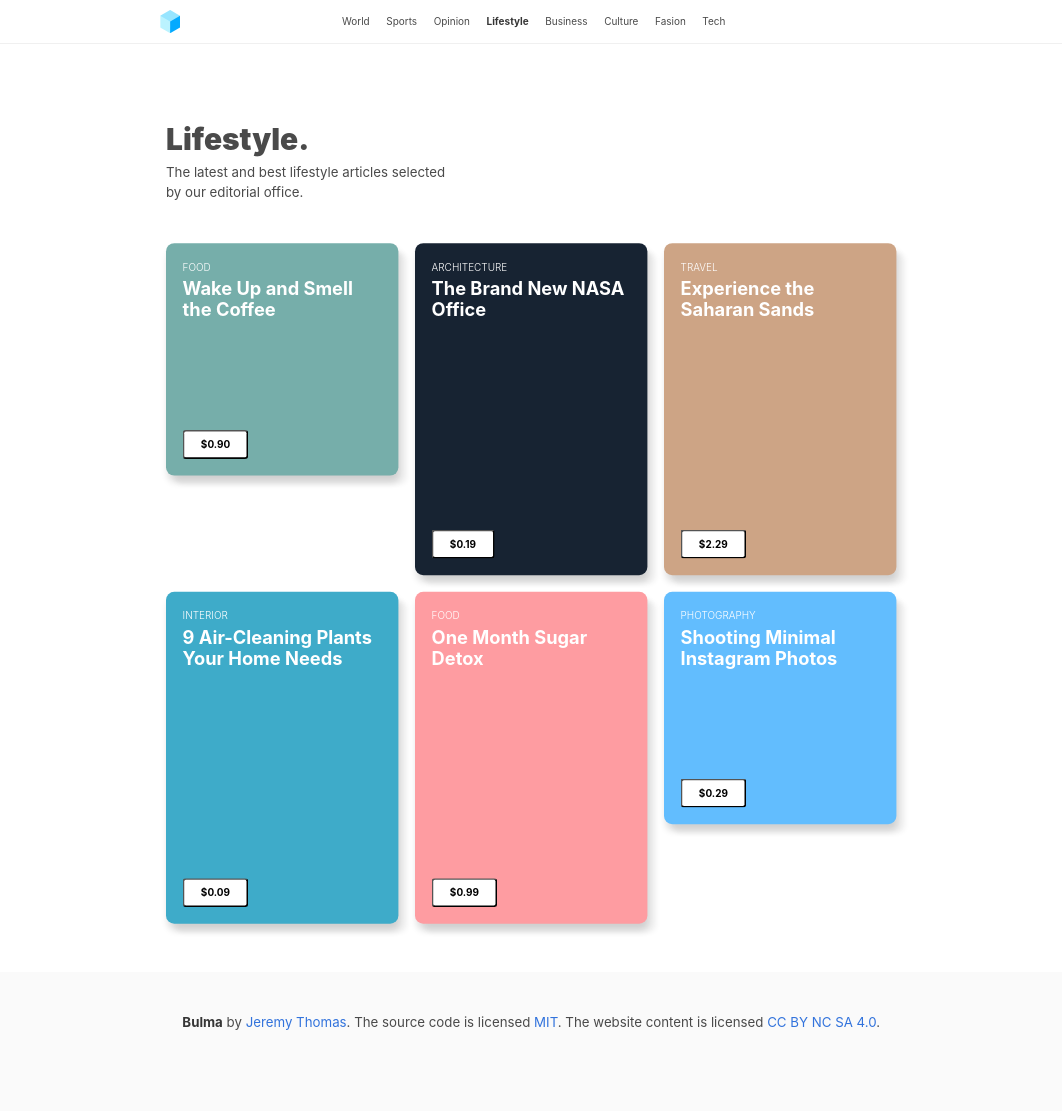
Repository: DOODpls/js_ass1
Page: index.html
An editor plug-in stored every save of this project. The page is shown before and after the next save, followed by the edit.
The browser window is 1280 px wide. The pictures show the whole page, at 83% of full size.

Above is the page before, as saved 2019-11-22 19:11:02.

### index.html
<!DOCTYPE html>
<html>
<head>
    <title></title>
    <link rel="stylesheet" href="https://cdnjs.cloudflare.com/ajax/libs/bulma/0.7.5/css/bulma.min.css" integrity="sha256-vK3UTo/8wHbaUn+dTQD0X6dzidqc5l7gczvH+Bnowwk=" crossorigin="anonymous" />
    <link rel="stylesheet" type="text/css" href="./styles.css">
</head>
<body>

    <nav class="navbar">
        <div class="container">
            <div class="logo"></div>
            <ul>
                <li>World</li>
                <li>Sports</li>
                <li>Opinion</li>
                <li><strong>Lifestyle</strong></li>
                <li>Business</li>
                <li>Culture</li>
                <li>Fasion</li>
                <li>Tech</li>
            </ul>
            <span class="icon">
              <i class="ion-ionic" style='color: black; background: black;'></i>
            </span>
        </div>
    </nav>

    <section class="section">
        <div class="container">
            <div style='margin: 40px 10px 40px'>
                <h1>Lifestyle.</h1>
                <p>The latest and best lifestyle articles selected<br/>
                    by our editorial office.
                </p>
            </div>
        </div>
        <div class="container">
            <div class='card-row' id='content'></div>
        </div>
    </section>

    <footer class="footer">
        <div class="content has-text-centered">
            <p>
                <strong>Bulma</strong> by <a href="https://jgthms.com">Jeremy Thomas</a>. The source code is licensed
                <a href="http://opensource.org/licenses/mit-license.php">MIT</a>. The website content
                is licensed <a href="http://creativecommons.org/licenses/by-nc-sa/4.0/">CC BY NC SA 4.0</a>.
            </p>
        </div>
    </footer>

    <script type="text/javascript" src='./app.js'></script>
</body>
</html>

### styles.css
/* - - - - - - - - - - - - - - - - - - - - - - - - - - - - - -
GENERAL
- - - - - - - - - - - - - - - - - - - - - - - - - - - - - - */
h1 {
    font-size: 36px;
    font-weight: 900;
}

.container {
    max-width: 900px;
}

/* - - - - - - - - - - - - - - - - - - - - - - - - - - - - - -
NAV
- - - - - - - - - - - - - - - - - - - - - - - - - - - - - - */
nav {
    border-bottom: 1px solid #ededed;
}

.navbar > .container {
    display: flex;
    align-items: center;
    justify-content: space-between;
}

nav .container ul {
    display: flex;
}

nav .container ul li {
    margin: 0 10px;
    font-size: 12px;
}

.logo {
    background: url('./img/logo.svg');
    background-size: 24px;
    background-position: center;
    background-repeat: no-repeat;

    height: 30px;
    width: 30px;
}

@media (max-width: 600px) {
    nav .container {
        padding: 0 30px;
    }

    nav .container ul {
        display: none;
    }
}

/* TILES */
.card-row {
    display: flex;
    flex-wrap: wrap;
}

.card {
    height: 280px;
    border-radius: 10px;
    background: rgba(23, 35, 50, 1);
    flex: 1 230px;
    margin: 10px;
    padding: 20px;
    position: relative;
    box-shadow: 2px 8px 9px 0px rgba(0, 0, 0, 0.14),
        11px 11px 6px rgba(0, 0, 0, 0.05);
}

.card .buy-button {
    position: absolute;
    bottom: 20px;
    left: 20px;
    background: white;
    color: black;
    border-radius: 4px;
    padding: 8px 20px;
    font-size: 12px;
    font-weight: 700;
}

.card .topic {
    color: white;
    font-weight: 300;
    font-size: 12px;
    text-transform: uppercase;
    margin-bottom: 5px;
}
.card .title {
    color: white;
    font-weight: 700;
    font-size: 22px;
}

### app.js
const green = 'rgba(118,174, 170, 1)'
const black = 'rgba(23,35, 50, 1)'
const brown = 'rgba(205,164, 133, 1)'
const greenblue = 'rgba(62,171, 201, 1)'
const pink = 'rgba(254,156, 161, 1)'
const blue = 'rgba(98,189, 254, 1)'

const data = [
    {
        topic: 'Food',
        title: 'Wake Up and Smell the Coffee',
        price: '$0.90',
        color: green
    },
    {
        topic: 'Architecture',
        title: 'The Brand New NASA Office',
        price: '$0.19',
        color: black
    },
    {
        topic: 'Travel',
        title: 'Experience the Saharan Sands',
        price: '$2.29',
        color: brown
    },
    {
        topic: 'Interior',
        title: '9 Air-Cleaning Plants Your Home Needs',
        price: '$0.09',
        color: greenblue
    },
    {
        topic: 'Food',
        title: 'One Month Sugar Detox',
        price: '$0.99',
        color: pink
    },
    {
        topic: 'Photography',
        title: 'Shooting Minimal Instagram Photos',
        price: '$0.29',
        color: blue
    }
]

// Instructions
// Take the data above and display it as tiles on the page
        //tried to do sort, but i suck
        // const button1 = document.querySelector('body section .container')
        // const btn1 = document.createElement('button')
        // btn1.className= 'buy-button'
        // btn1.id = "butt1"
        // button1.appendChild(btn1)

        // function sort1(){
        //     data.sort((a, b) => (a.topic > b.topic) ? 1 : -1)
        // }

        // const button2 = document.querySelector('#butt1')
        // button2.addEventListener('click', function(event) {
        //     sort1()
        // })

    for(i=0; i<data.length; i++){
        let heig


        const tilers = document.querySelector('#content')
        const divr = document.createElement('div')
        divr.className= 'card'
        divr.style.backgroundColor = data[i].color
        divr.style.height = heig
        divr.id = 'divtile'+ i
        tilers.appendChild(divr)
        if(i == 0){
          divr.style.width = "400px"
        } else if(i == 5) {
          divr.style.width = "400px"
        } else {
          divr.style.height = "400px"
          divr.style.width = "100px"
        }
        const p1 = document.querySelector('#divtile'+i)
        const pr1 = document.createElement('p')
        pr1.textContent = data[i].topic
        pr1.className= 'topic'
        p1.appendChild(pr1)

        const p2 = document.querySelector('#divtile'+i)
        const pr2 = document.createElement('p')
        pr2.textContent = data[i].title
        pr2.className= 'title'
        p2.appendChild(pr2)

        const btn1 = document.querySelector('#divtile'+i)
        const btr2 = document.createElement('button')
        btr2.textContent = data[i].price
        btr2.className= 'buy-button'
        btn1.appendChild(btr2)
    }

    // data.forEach(function(item)
    // {
    //     const tilers = document.querySelector('#content')
    //     const divr = document.createElement('div')
    //     divr.className = 'card'
    //     divr.style.backgroundColor = item.color
    //     tilers.appendChild(divr)

    //     const pr1 = document.createElement('p')
    //     pr1.textContent = item.topic
    //     pr1.className= 'topic'
    //     divr.appendChild(pr1)

    //     const pr2 = document.createElement('p')
    //     pr2.textContent = item.title
    //     pr2.className= 'title'
    //     divr.appendChild(pr2)

    //     const btr2 = document.createElement('button')
    //     btr2.textContent = item.price
    //     btr2.className= 'buy-button'
    //     divr.appendChild(btr2)
    // })


    //this one also works lolllll
    // data.forEach(function(items)
    // {
    // //   document.getElementById('content').innerHTML += '<div class="card" style="background-color:'+items.color+'"><p class="topic">'+items.topic+'</p><p class="title">'+items.title+'</p><button class="buy-button">'+items.price+'</button></div>';
    // })

After the next save:
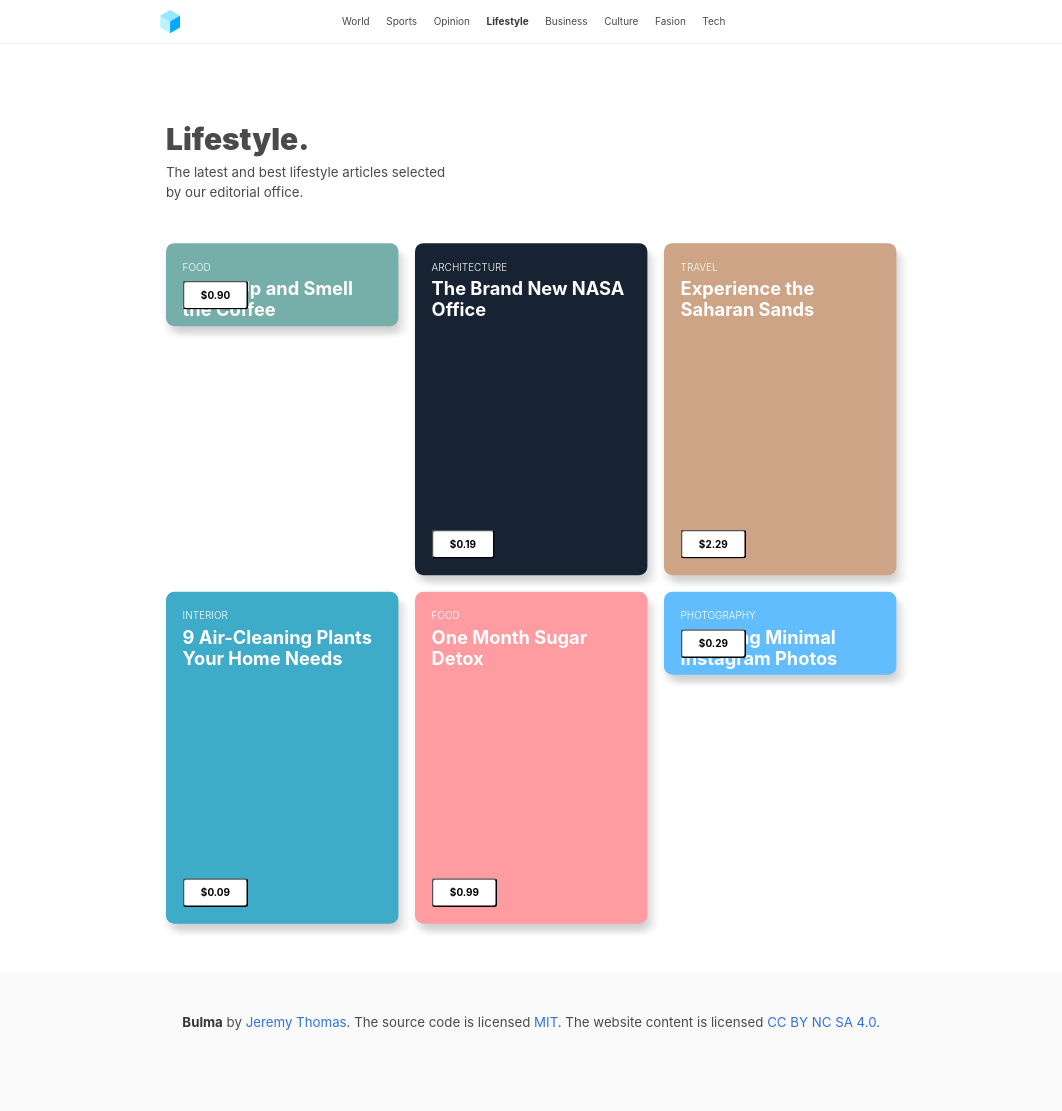
Saved 37 s later.
--- a/app.js
+++ b/app.js
@@ -75,8 +75,10 @@ const data = [
         tilers.appendChild(divr)
         if(i == 0){
           divr.style.width = "400px"
+          divr.style.height = "100px"
         } else if(i == 5) {
           divr.style.width = "400px"
+          divr.style.height = "100px"
         } else {
           divr.style.height = "400px"
           divr.style.width = "100px"
